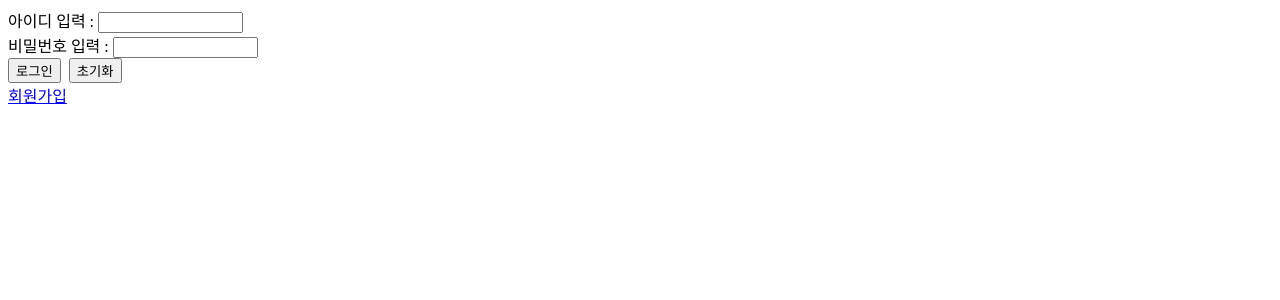
Repository: lee-ruru/jsp_practice
Page: http://localhost/JSPBasic/JspObject/1.requests/req_login_form.jsp
These files come from the project's save history. The page is drawn as it stood at one moment and after the next save; the edit follows.
The browser window is 1280 px wide. The pictures show the whole page.
The page is served by Tomcat 9.

Above is the page before, as saved 2022-02-04 01:55:19.

After the next save:
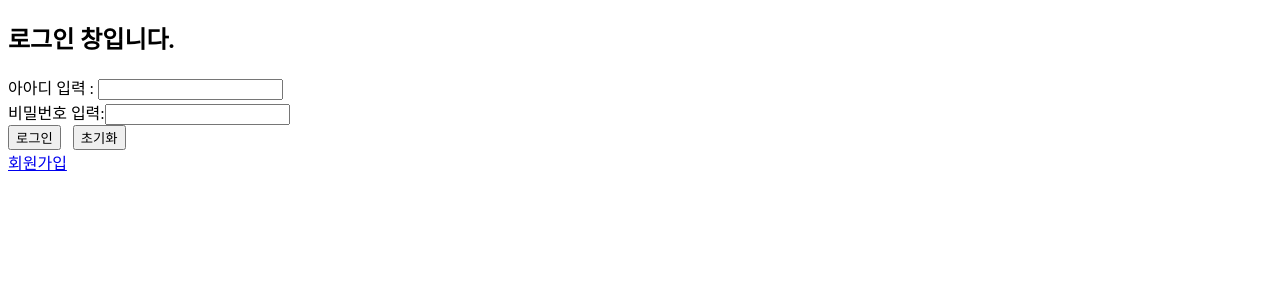
Saved 2 min 51 s later.
--- a/JSPBasic/src/main/webapp/JspObject/1.requests/req_login_form.jsp
+++ b/JSPBasic/src/main/webapp/JspObject/1.requests/req_login_form.jsp
@@ -4,15 +4,18 @@
 <html>
 <head>
 <meta charset="UTF-8">
-<title>Insert title here</title>
+<title>로그인 구현</title>
 </head>
 <body>
-	<form action="req_login_result.jsp" method="post">
-		아이디 입력 : <input type="text" name="id" size="15px"/><br/>
-		비밀번호 입력 : <input type="password" name="pw" size="15px"/><br/>
-		<input type="submit" value="로그인"/>&nbsp;
-		<input type="reset" value="초기화"/>
+	<form action = "req_login_result.jsp" method="post">
+	<h2>로그인 창입니다. </h2>
+	아아디 입력 : <input type = "text" name = "id" /> <br/>
+	비밀번호 입력:<input type = "password" name = "pw" /> <br/>
+
+	<input type = "submit" value="로그인"/> &nbsp;
+	<input type = "reset" value = "초기화"/>
 	</form>
-	<a href="req_join_form.jsp">회원가입</a>
+	<a href = "req_join_form.jsp">회원가입</a>
+
 </body>
 </html>
